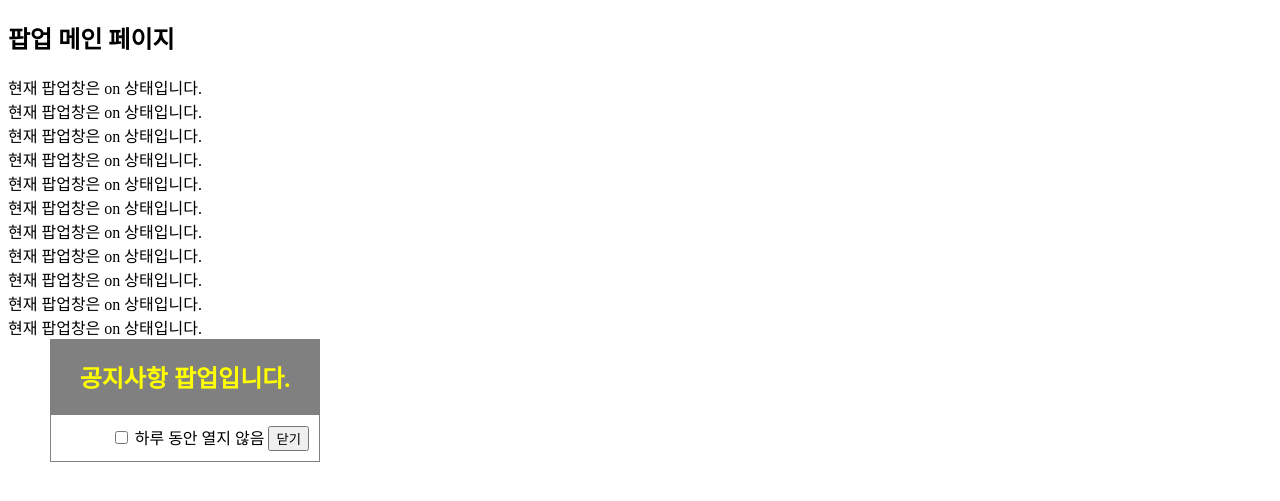
Repository: achul1026/jspStudy
Page: http://localhost/MustHaveJSP/04Cookie/PopupMain.jsp
An editor plug-in stored every save of this project. The page is shown before and after the next save, followed by the edit.
The browser window is 1280 px wide. The pictures show the whole page.
The page is served by Tomcat 9. Other server files are loaded and not shown.

Above is the page before, as saved 2022-09-24 05:57:19.

### MustHaveJSP/src/main/webapp/04Cookie/PopupMain.jsp
<%@ page language="java" contentType="text/html; charset=UTF-8"
    pageEncoding="UTF-8"%>
<%
	String popupMode = "on";

	Cookie[] cookies = request.getCookies();
	if(cookies != null){
		for(Cookie c : cookies){
			String cookieName = c.getName();
			String cookieValue = c.getValue();
			if(cookieName.equals("PopupClose")){
				popupMode = cookieValue;
			}
		}
	}
%>
<!DOCTYPE html>
<html>
<head>
<title>쿠키를 이용한 팝업 관리 ver 0.1</title>
<style>
	/* CSS로 레이어 팝업창의 위치 지정 */
	div#popup{
		position : absolute;
		top:50;
		left:50px;
		color: yellow;
		width: 270px;
		height: 100px;
		background-color:gray;
	}
	div#popup>div{
		position: relative;
		background-color:#ffffff;
		top:0px;
		border: 1px solid gray;
		padding:10px;
		color: black;
	}
</style>
</head>
<body>
	<h2>팝업 메인 페이지</h2>
	<%
		for(int i =0; i<= 10; i++){
			out.print("현재 팝업창은 "+ popupMode + " 상태입니다.<br>");
		}

		if(popupMode.equals("on")){
	%>
	<div id="popup">
		<h2 align="center">공지사항 팝업입니다.</h2>
		<div align="right">
			<form name="popFrm">
				<input type="checkbox" id="inactiveToday" value="1"> <!-- 체크박스 -->
				하루 동안 열지 않음
				<input type="button" value="닫기" id="closeBtn"> <!-- 닫기 버튼 -->
			</form>
		</div>
	</div>
	<%
		}
	%>
</body>
<script src="https://ajax.googleapis.com/ajax/libs/jquery/3.5.1/jquery.min.js"></script>
<script>
	$(function(){
		$('#closeBtn').click(function(){ // 닫기 버튼을 누르면
			$('#popup').hide();			// 팝업창(id="popup")을 숨김 처리합니다.

			var chkVal = $("input:checkbox[id=inactiveToday]:checked").val();

			$.ajax({
				url: './PopupCookie.jsp',
				type: 'get',
				data: {inactiveToday : chkVal},
				dataType: "text",
				success: function(resData){
					if(resData != '') location.reload();
				}
			})
		})
	})

</script>
</html>

After the next save:
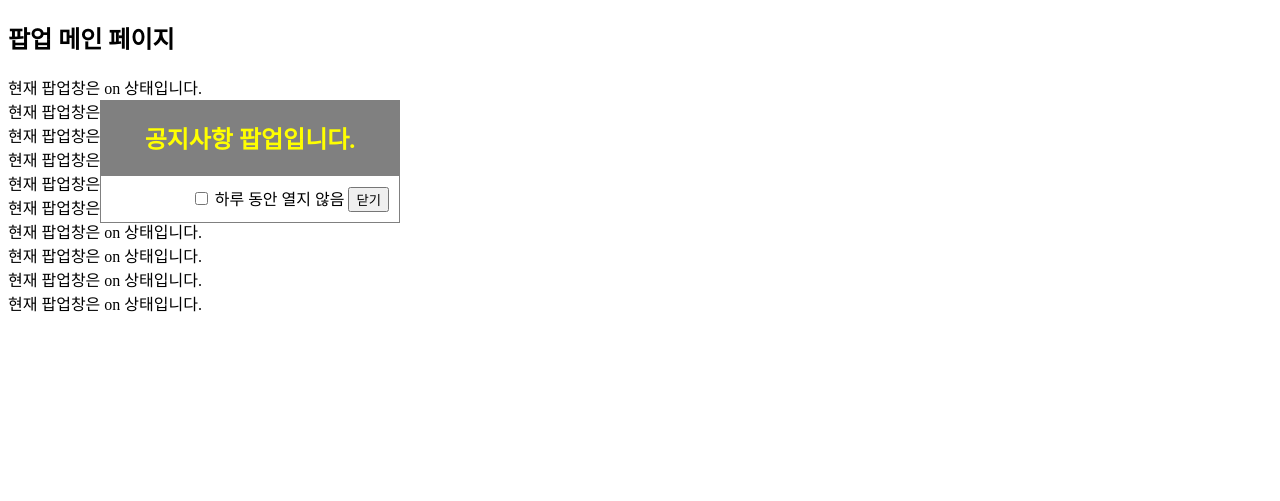
Saved 9 min 41 s later.
--- a/MustHaveJSP/src/main/webapp/04Cookie/PopupMain.jsp
+++ b/MustHaveJSP/src/main/webapp/04Cookie/PopupMain.jsp
@@ -1,86 +1,72 @@
 <%@ page language="java" contentType="text/html; charset=UTF-8"
     pageEncoding="UTF-8"%>
 <%
-	String popupMode = "on";
+String popupMode = "on";
 
-	Cookie[] cookies = request.getCookies();
-	if(cookies != null){
-		for(Cookie c : cookies){
-			String cookieName = c.getName();
-			String cookieValue = c.getValue();
-			if(cookieName.equals("PopupClose")){
-				popupMode = cookieValue;
-			}
-		}
-	}
+Cookie[] cookies = request.getCookies();
+if (cookies != null) {
+    for (Cookie c : cookies) {
+        String cookieName = c.getName();
+        String cookieValue = c.getValue();
+        if (cookieName.equals("PopupClose")) {
+            popupMode = cookieValue;
+        }
+    }
+}
 %>
 <!DOCTYPE html>
 <html>
 <head>
-<title>쿠키를 이용한 팝업 관리 ver 0.1</title>
+<meta charset="UTF-8">
+<title>쿠키를 이용한 팝업 관리</title>
 <style>
-	/* CSS로 레이어 팝업창의 위치 지정 */
-	div#popup{
-		position : absolute;
-		top:50;
-		left:50px;
-		color: yellow;
-		width: 270px;
-		height: 100px;
-		background-color:gray;
-	}
-	div#popup>div{
-		position: relative;
-		background-color:#ffffff;
-		top:0px;
-		border: 1px solid gray;
-		padding:10px;
-		color: black;
-	}
+    div#popup{
+        position: absolute; top:100px; left:100px; color:yellow;
+        width:300px; height:100px; background-color:gray;
+    }
+    div#popup>div{
+        position: relative; background-color:#ffffff; top:0px;
+        border:1px solid gray; padding:10px; color:black;
+    }
 </style>
+
+<script src="https://ajax.googleapis.com/ajax/libs/jquery/3.5.1/jquery.min.js"></script>
+<script>
+$(function() {
+    $('#closeBtn').click(function() {
+        $('#popup').hide();
+        var chkVal = $("input:checkbox[id=inactiveToday]:checked").val();
+        $.ajax({
+            url : './PopupCookie.jsp',
+            type : 'get',
+            data : {inactiveToday : chkVal},
+            dataType : "text",
+            success : function(resData) {
+                if (resData != '') location.reload();
+            }
+        });
+    });
+});
+</script>
 </head>
 <body>
-	<h2>팝업 메인 페이지</h2>
-	<%
-		for(int i =0; i<= 10; i++){
-			out.print("현재 팝업창은 "+ popupMode + " 상태입니다.<br>");
-		}
-
-		if(popupMode.equals("on")){
-	%>
-	<div id="popup">
-		<h2 align="center">공지사항 팝업입니다.</h2>
-		<div align="right">
-			<form name="popFrm">
-				<input type="checkbox" id="inactiveToday" value="1"> <!-- 체크박스 -->
-				하루 동안 열지 않음
-				<input type="button" value="닫기" id="closeBtn"> <!-- 닫기 버튼 -->
-			</form>
-		</div>
-	</div>
-	<%
-		}
-	%>
+<h2>팝업 메인 페이지</h2>
+<%
+    for (int i = 1; i <= 10; i++) {
+        out.print("현재 팝업창은 " + popupMode + " 상태입니다.<br/>");
+    }
+    if (popupMode.equals("on")) {
+%>
+    <div id="popup">
+        <h2 align="center">공지사항 팝업입니다.</h2>
+        <div align="right"><form name="popFrm">
+            <input type="checkbox" id="inactiveToday" value="1" />
+            하루 동안 열지 않음
+            <input type="button" value="닫기" id="closeBtn" />
+        </form></div>
+    </div>
+<%
+    }
+%>
 </body>
-<script src="https://ajax.googleapis.com/ajax/libs/jquery/3.5.1/jquery.min.js"></script>
-<script>
-	$(function(){
-		$('#closeBtn').click(function(){ // 닫기 버튼을 누르면
-			$('#popup').hide();			// 팝업창(id="popup")을 숨김 처리합니다.
-
-			var chkVal = $("input:checkbox[id=inactiveToday]:checked").val();
-
-			$.ajax({
-				url: './PopupCookie.jsp',
-				type: 'get',
-				data: {inactiveToday : chkVal},
-				dataType: "text",
-				success: function(resData){
-					if(resData != '') location.reload();
-				}
-			})
-		})
-	})
-
-</script>
 </html>
